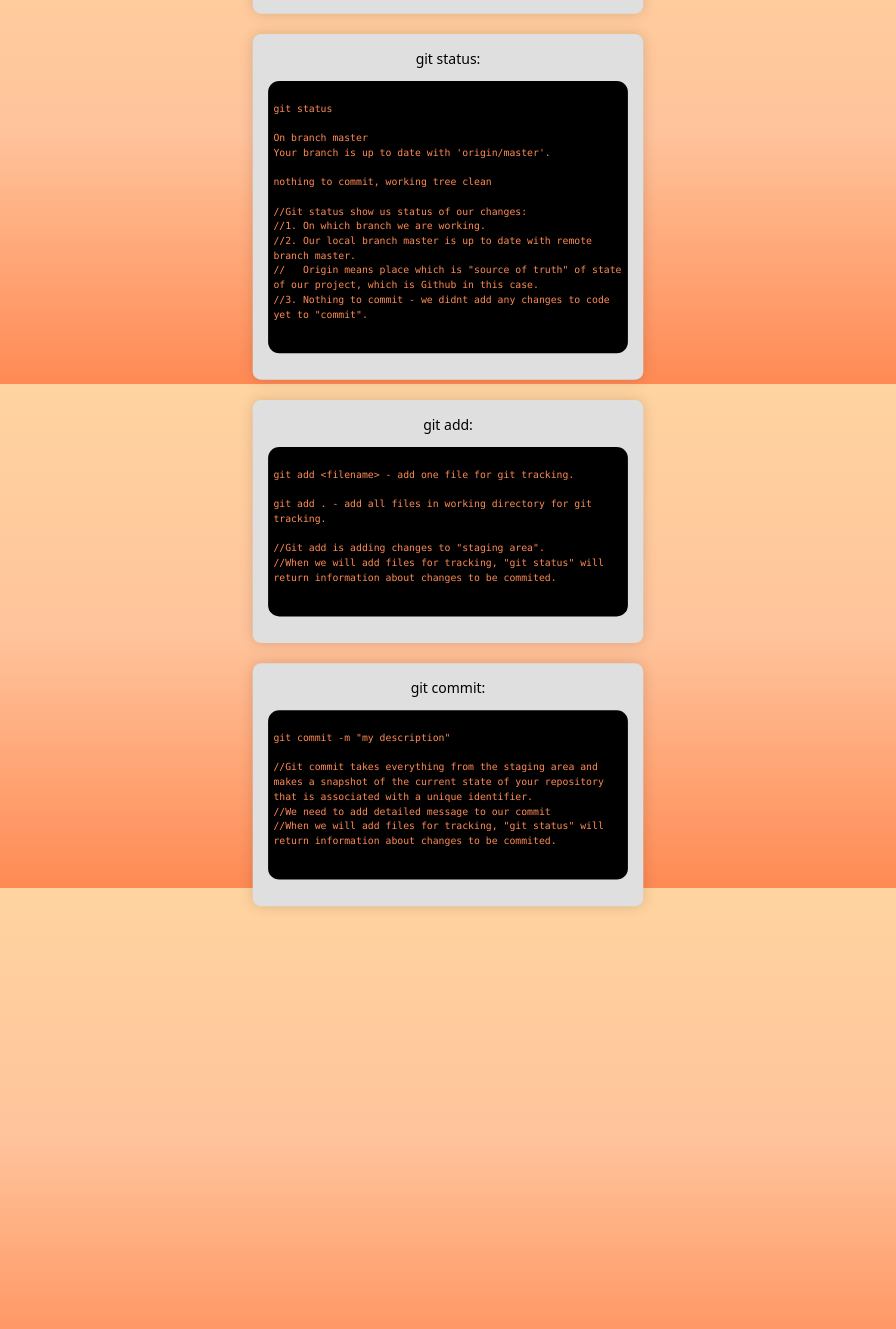
Repository: michalgornicki/git
Page: /
These files come from the project's save history. The page is drawn as it stood at one moment and after a run of saves; the edit follows.
The browser window is 1280 px wide. The pictures show the part of the page from y = 892 to 2812 px (the page is 2791 px tall before and 2812 px after), at 70% of full size.
Backgrounds fixed to the window are drawn as part of the page. The project was rebuilt for these pictures with package versions that can differ from the ones it lists, and the page was loaded fresh each time. Imported but missing from the stored project, and not drawn on this page: src/components/DOM manipulation.jsx, src/components/async.jsx, src/components/loops.jsx, src/components/numbers.jsx, src/components/variables.jsx, src/components/window.jsx.

Above is the page before, as saved 2022-02-10 08:22:06.

### src/App.jsx
import React from "react";
import "./App.css";
import "bootstrap/dist/css/bootstrap.min.css";
import { Route, HashRouter as Router, Routes, Link } from "react-router-dom";
import Arrays from "./components/arrays.jsx"
import Variables from "./components/variables.jsx"
import Numbers from "./components/numbers.jsx"
import Loops from "./components/loops.jsx"
import Async from "./components/async.jsx"
import DOM from "./components/DOM manipulation.jsx"
import Window from "./components/window.jsx"

function App() {


  return (


    <Router>
    <div className="text-center">
      <div className="display-1 mt-1 mb-5 text-white">Git repeat course</div>

      <div className="h3 d-flex w-75 m-auto my-5 justify-content-evenly flex-wrap text-white">

      <Link className="link-style mx-3" to="/">Basics</Link>
      <Link className="link-style mx-3" to="/Numbers"></Link>
      <Link className="link-style mx-3" to="/Variables"></Link>
      <Link className="link-style mx-3" to="/Loops"></Link>
      <Link className="link-style mx-3" to="/Async"></Link>
      <Link className="link-style mx-3" to="/DOM"></Link>
      <Link className="link-style mx-3" to="/Window"></Link>


      </div>

      <Routes>
          <Route path="/" element={<Arrays />} />
          <Route path="/Numbers" element={<Numbers />} />
          <Route path="/Variables" element={<Variables />} />
          <Route path="/Loops" element={<Loops />} />
          <Route path="/Async" element={<Async />} />
          <Route path="/DOM" element={<DOM />} />
          <Route path="/Window" element={<Window />} />
        </Routes>


    </div>
    </Router>
  );
}

export default App;

### src/App.css
@import url('https://fonts.googleapis.com/css2?family=Catamaran:wght@400&display=swap');

body{
    font-family: 'Catamaran', sans-serif;
    overflow-x: hidden;
    padding-bottom: 80vh;
    height: auto;
    background: linear-gradient(rgb(255, 212, 160), rgb(255, 195, 155), rgb(255, 138, 84));
    background-attachment: fixed;
}

.js-item{
    color:rgb(0, 0, 0);
    font-size: 1.25rem;
    background-color: rgb(223, 223, 223);
    transition: 0.2s;
    padding: 3vh;
    margin-bottom: 4vh!important;
    width: 50%;
    margin-left: auto;
    margin-right: auto;
    box-shadow: 0px 0px 20px rgba(0, 0, 0, 0.15);
    border-radius: 0.75rem;
}

.js-item:hover{
    cursor: pointer;
    background-color: rgb(240, 240, 240);
}

.text-pink{
    padding: 0.5rem;
    margin-top: 1rem;
    margin-bottom: 1rem;
    color:rgb(255, 138, 84)!important;
    font-size: 1rem;
    border-radius: 1rem;
    text-align: left;
    background-color: black;
}

pre {
    white-space: pre-wrap;       /* css-3 */
    white-space: -moz-pre-wrap;  /* Mozilla, since 1999 */
    white-space: -pre-wrap;      /* Opera 4-6 */
    white-space: -o-pre-wrap;    /* Opera 7 */
    word-wrap: break-word;       /* Internet Explorer 5.5+ */
   }

.link-style{
    color: inherit;
    text-decoration: inherit;
}

.link-style:hover{
    color: rgb(255, 138, 84);
}

@media only screen and (max-device-width: 600px), (max-width: 600px) {

    .js-item{
        width: 95%;
    }

}

### src/components/arrays.jsx
const Arrays = () => {

  return (
    <div className="container">
      <div className="js-item">
        {" "}
        <div className="">Setup: </div>
        <div className="text-pink">
          <pre>{`
First you should:
1. Install git from git website:
https://git-scm.com/book/en/v2/Getting-Started-Installing-Git
2. Signup for Github account (or similar alternative like Gitlab) and create new repository.

If you use Microsoft Visual Studio Code (which i recommend) you can skip first point, because it have git built-in.
You can control git using terminal.
          `}</pre>
          </div>
      </div>
      <div className="js-item">
        {" "}
        <div className="">git clone: </div>
        <div className="text-pink">
          <pre>{`
git clone https://github.com/michalgornicki/react.git

//Cloning repo will download all of the project's code and metadata from source.
          `}</pre>
          </div>
      </div>

      <div className="js-item">
        {" "}
        <div className="">git status: </div>
        <div className="text-pink">
          <pre>{`
git status

On branch master
Your branch is up to date with 'origin/master'.

nothing to commit, working tree clean

//Git status show us status of our changes:
//1. On which branch we are working.
//2. Our local branch master is up to date with remote branch master.
//   Origin means place which is "source of truth" of state of our project, which is Github in this case.
//3. Nothing to commit - we didnt add any changes to code yet to "commit".
          `}</pre>
          </div>
      </div>
      <div className="js-item">
        {" "}
        <div className="">git add: </div>
        <div className="text-pink">
          <pre>{`
git add <filename> - add one file for git tracking.

git add . - add all files in working directory for git tracking.

//Git add is adding changes to "staging area".
//When we will add files for tracking, "git status" will return information about changes to be commited.
          `}</pre>
          </div>
      </div>

      <div className="js-item">
        {" "}
        <div className="">git commit: </div>
        <div className="text-pink">
          <pre>{`
git commit -m "my description"

//Git commit takes everything from the staging area and makes a snapshot of the current state of your repository that is associated with a unique identifier.
//We need to add detailed message to our commit
//When we will add files for tracking, "git status" will return information about changes to be commited.
          `}</pre>
          </div>
      </div>

      </div>
  );
};

export default Arrays;

Loaded but not shown: public/index.html (common file); src/index.js (common file); src/index.css (common file); src/reportWebVitals.js (common file)

After the next 3 saves:
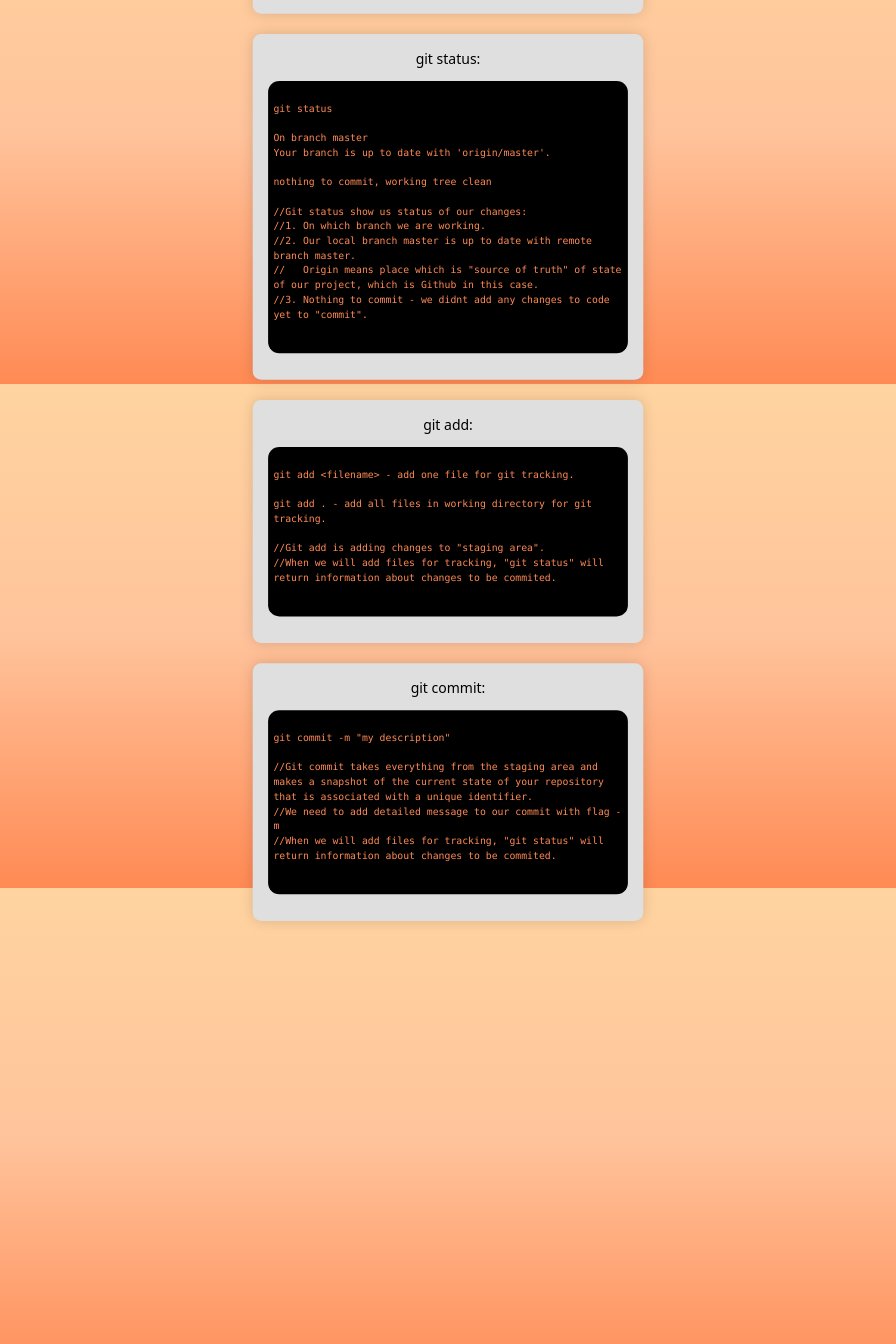
The 3 saves are shown as one change because they came seconds apart.
The last was saved 20 s later.
--- a/src/components/arrays.jsx
+++ b/src/components/arrays.jsx
@@ -72,7 +72,7 @@ git add . - add all files in working directory for git tracking.
 git commit -m "my description"
 
 //Git commit takes everything from the staging area and makes a snapshot of the current state of your repository that is associated with a unique identifier.
-//We need to add detailed message to our commit
+//We need to add detailed message to our commit with flag -m
 //When we will add files for tracking, "git status" will return information about changes to be commited.
           `}</pre>
           </div>
